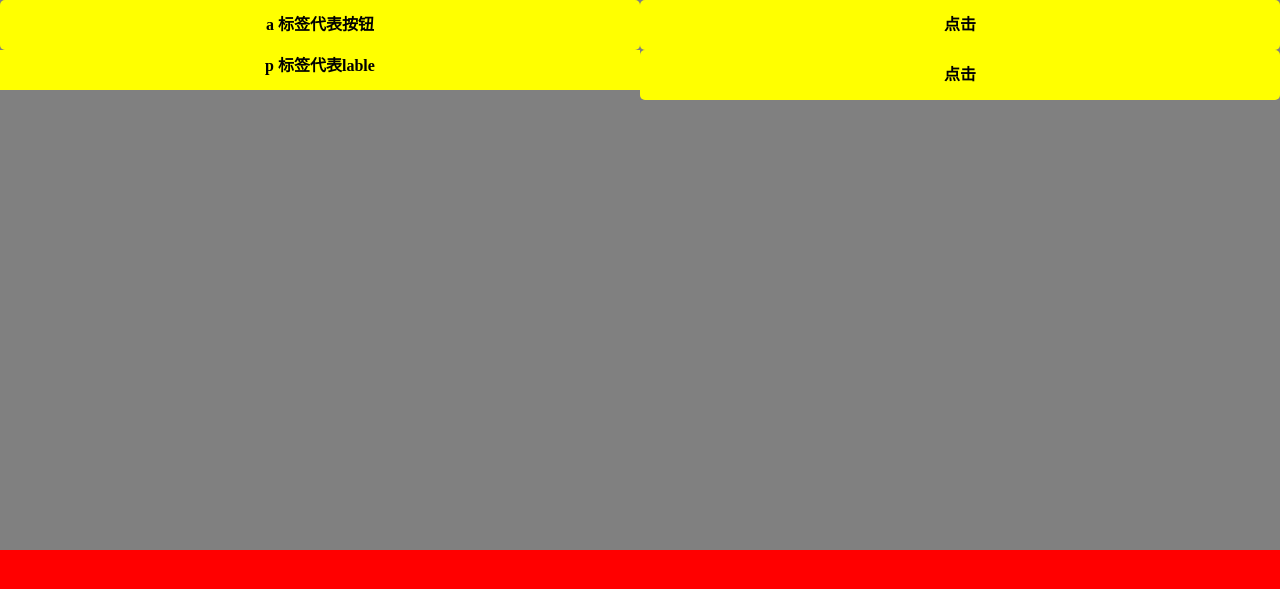
Repository: wangxinjun08231116/Html5Views
Page: WangXinJun/WebContent/htmls/ChongYongMark/ChangYongMark.html
These files come from the project's save history. The page is drawn as it stood at one moment and after the next save; the edit follows.
The browser window is 1280 px wide. The pictures show the whole page.

Above is the page before, as saved 2015-02-03 14:28:48.

After the next save:
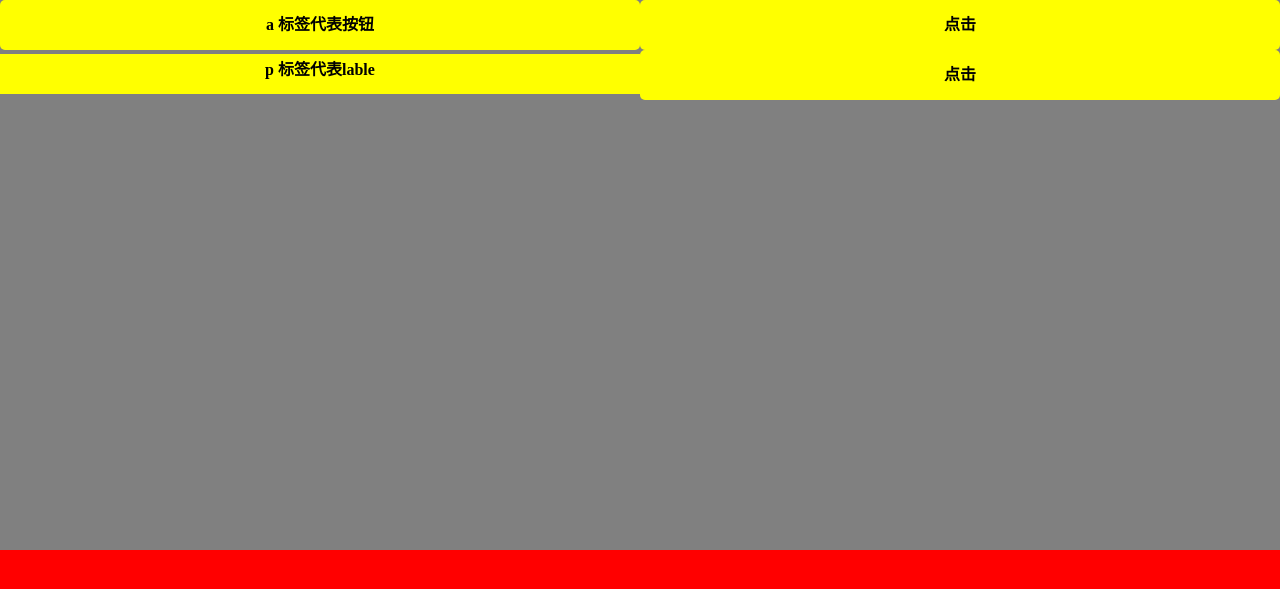
Saved 47 s later.
--- a/WangXinJun/WebContent/css/ChangYongMark/ChangYongMark.css
+++ b/WangXinJun/WebContent/css/ChangYongMark/ChangYongMark.css
@@ -45,7 +45,7 @@ p{
     display: block;
     /*向左排布，不换行  */
     float:left;
-	margin:auto;
+	margin-top:4px;
 
 
 }
